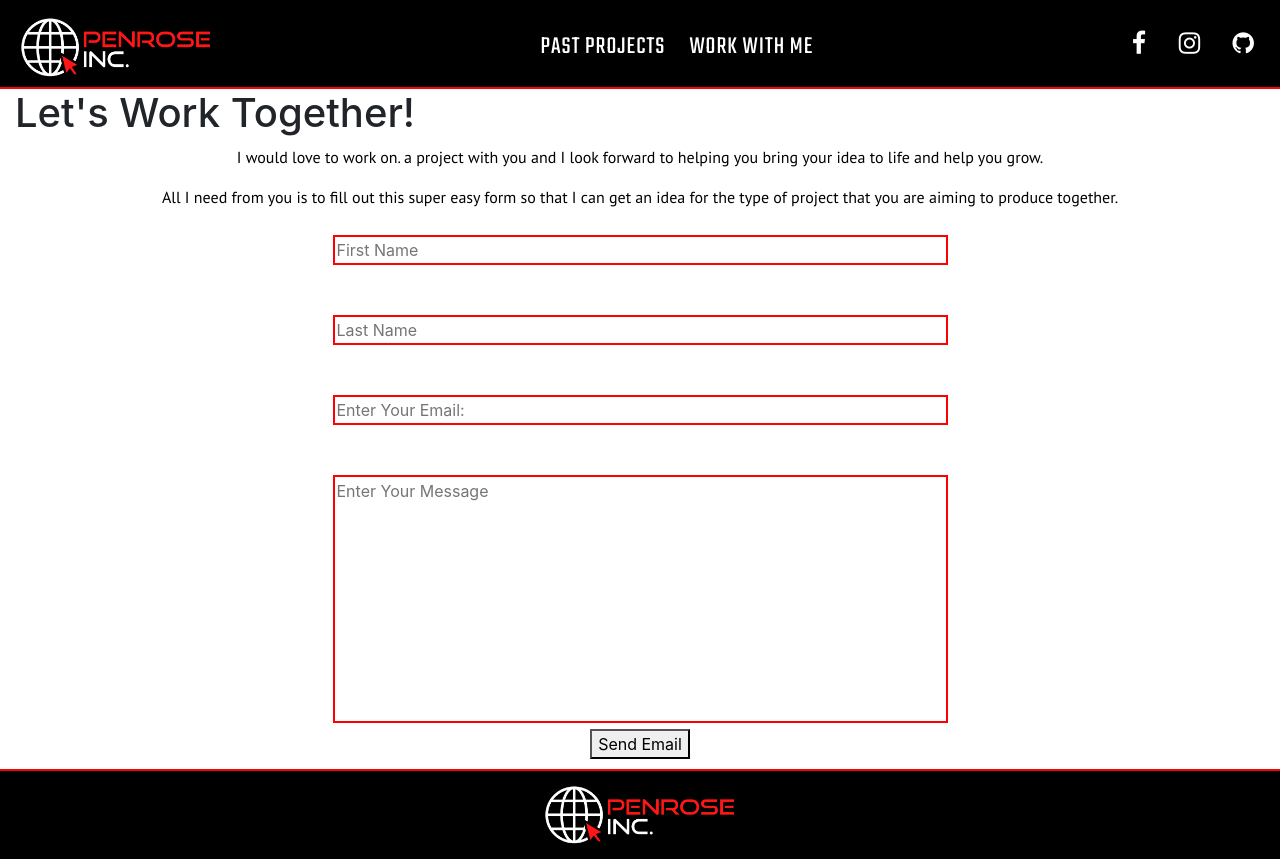
Repository: mrwillpenrose/penrose-inc
Page: work-with-me.html
The author's editor kept a record of every edit. The page is drawn from the files as they stood at one moment, then again after the next edit.
The browser window is 1280 px wide. The pictures show the whole page.
Some web libraries are served in a nearby version.

Above is the page before.

### work-with-me.html
<!DOCTYPE html>
<html lang="en">

<head>
    <meta charset="UTF-8">
    <meta name="viewport" content="width=device-width, initial-scale=1.0">
    <meta http-equiv="X-UA-Compatible" content="ie=edge">
    <title>Penrose Inc</title>
    <link rel="stylesheet" href="https://maxcdn.bootstrapcdn.com/bootstrap/4.0.0/css/bootstrap.min.css" integrity="sha384-Gn5384xqQ1aoWXA+058RXPxPg6fy4IWvTNh0E263XmFcJlSAwiGgFAW/dAiS6JXm" crossorigin="anonymous">
    <link rel="stylesheet" href="https://stackpath.bootstrapcdn.com/font-awesome/4.7.0/css/font-awesome.min.css" type="text/css" />
    <link href="https://fonts.googleapis.com/css2?family=PT+Sans&family=Teko&display=swap" rel="stylesheet">
    <link href="https://fonts.googleapis.com/css2?family=Teko&display=swap" rel="stylesheet">
    <link rel="stylesheet" href="css/style.css" type="text/css" />
</head>

<body>

    <!------------------NAV------------------------>


    <nav class="navbar navbar-expand-md navbar-dark bg-custom">
        <a href="index.html" class="navbar-brand">
            <img class="logo" src="assets/images/penrose-inc-logo.png" alt="Company Logo">
        </a>
        <button class="navbar-toggler" data-toggle="collapse" data-target="#navbarMenu">
            <span class="navbar-toggler-icon"></span>
        </button>
        <div class="collapse navbar-collapse" id="navbarMenu">
            <ul class="navbar-nav mx-auto">
                <li class="list-inline-item">
                    <a href="past-projects.html" class="nav-link menu-item">Past Projects</a>
                </li>
                <li class="list-inline-item">
                    <a href="work-with-me.html" class="nav-link menu-item">Work With Me</a>
                </li>
            </ul>
            <ul class="social">
                <li class="list-inline-item">
                    <a href="https://www.facebook.com/will.penrose.94" class="nav-link" target="_blank">
                        <i class="fa fa-facebook font-awesome-icon" aria-hidden="true"></i>
                        <span class="sr-only">Facebook</span>
                    </a>
                </li>
                <li class="list-inline-item">
                    <a href="#" class="nav-link" target="_blank">
                        <i class="fa fa-instagram font-awesome-icon" aria-hidden="true"></i>
                        <span class="sr-only">Instagram</span>
                    </a>
                </li>
                <li class="list-inline-item">
                    <a href="https://github.com/mrwillpenrose" class="nav-link" target="_blank">
                        <i class="fa fa-github font-awesome-icon" aria-hidden="true"></i>
                        <span class="sr-only">GitHub</span>
                    </a>
                </li>
            </ul>
        </div>
    </nav>


    <!----------------------MAIN CONTENT----------------------->


    <div class="container-fluid">
        <div class="row">
            <div class="col-12">
                <h1 class="page-heading">Let's Work Together!</h1>
                <p class="content-section">
                    I would love to work on. a project with you and I look forward to helping you bring your idea to life and help you grow.
                </p>
                <p class="content-section">
                    All I need from you is to fill out this super easy form so that I can get an idea for the type of project that you are aiming to produce together.
                </p>
                <form methed="post">
                    <input class="name" type="text" name="firstName" placeholder="First Name" required>
                    <input class="name" type="text" name="lastName" placeholder="Last Name" required><br>
                    <input class="email" type="email" name="email" placeholder="Enter Your Email:" required><br>
                    <textarea rows="10" name="message" placeholder="Enter Your Message"></textarea><br>
                    <button type="submit" name="submit">Send Email</button>
                </form>
            </div>
        </div>
    </div>

    <!----------------------FOOTER----------------------->

    <footer class="container-fluid">
        <div class="row">
            <div class="col-12">
                <img src="assets/images/penrose-inc-logo.png" alt="Company Logo"></img>
            </div>
        </div>
    </footer>


    <script src="https://code.jquery.com/jquery-3.2.1.slim.min.js" integrity="sha384-KJ3o2DKtIkvYIK3UENzmM7KCkRr/rE9/Qpg6aAZGJwFDMVNA/GpGFF93hXpG5KkN" crossorigin="anonymous"></script>
    <script src="https://cdnjs.cloudflare.com/ajax/libs/popper.js/1.12.9/umd/popper.min.js" integrity="sha384-ApNbgh9B+Y1QKtv3Rn7W3mgPxhU9K/ScQsAP7hUibX39j7fakFPskvXusvfa0b4Q" crossorigin="anonymous"></script>
    <script src="https://maxcdn.bootstrapcdn.com/bootstrap/4.0.0/js/bootstrap.min.js" integrity="sha384-JZR6Spejh4U02d8jOt6vLEHfe/JQGiRRSQQxSfFWpi1MquVdAyjUar5+76PVCmYl" crossorigin="anonymous"></script>
</body>

</html>

### css/style.css
body {
    padding: 0;
    margin: 0;
}

.content-section {
    font-family: "PT Sans", sans-serif;
    color: #000;
    text-align: center;
}


/* ----------------------------- NAV ------------------------*/

.bg-custom {
    background-color: #000;
}



.navbar {
    padding-bottom: 0px;
    border-bottom: 2px solid #FF0000;
}

.navbar-brand .logo {
    width: 200px;
    height: auto;
}



.navbar .navbar-nav .menu-item {
    font-family: "Teko", sans-serif;
    font-size: 25px;
    letter-spacing: 1px;
    color: #fff;
    text-transform: uppercase;
    text-align: center;
    -webkit-transition: ease-in-out 0.25s;
    -moz-transition: ease-in-out 0.25;
    -o-transition: ease-in-out 0.25s;
}

.navbar .navbar-nav .menu-item:hover {
    font-size: 30px;
    color: #FF0000;
}



.social {
    text-align: center;
    padding: 0;
}


.social .nav-link {
    padding-top: 10px;
    padding-bottom: 0px;
    padding-left: 10px;
    padding-right: 10px;
}

.font-awesome-icon {
    font-size: 25px;
    color: #fff;
    text-align: center;
    -webkit-transition: ease-in-out 0.2s;
    -moz-transition: ease-in-out 0.2s;
    -o-transition: ease-in-out 0.2s;
}

.font-awesome-icon:hover {

    font-size: 40px;
    color: #FF0000;
}


/* ----------------------------- FOOTER ------------------------*/

footer {
    text-align: center;
    padding: 10px 10px 10px 10px;
    margin: 0;
    background-color: #000;
    position: static;
    left: 0;
    bottom: 0;
    border-top: 2px solid #FF0000;
}


footer img {
    width: 200px;
    height: auto;
}



/* ----------------------------- HOME ------------------------*/

.jumbotron {
    font-family: "Teko", sans-serif;
    font-size: 40px;
    padding: 20px 20px 30px 20px;
    margin: 0;
    background-color: #fff;
    color: #000;
    text-align: center;
}


.index-image img {
    width: 100%;
    height: auto;
    border: 2px solid #FF0000;
}


ul .index-list {
    text-align: center;
}

/* ----------------------------- WORK WITH ME ------------------------*/


form {
    display: block;
    text-align: center;
    padding: 10px;
}

.name {
    width: 100%;
    height: auto;
    margin-bottom: 50px;

}

.email {
    width: 100%;
    height: auto;
    resize: none;
}

textarea {
    width: 100%;
    height: auto;
    margin-top: 50px;
    resize: none;
}

input, textarea {
    outline: none;
    border: 2px solid #FF0000;
}


form .button {
    margin-top: 15px;
    background-color: #FF0000;
    font-family: "Teko", sans-serif;
}


/* ----------------------------- MEDIA QUERIES ------------------------*/

@media screen and (min-width: 768px) {
    .name, .email, textarea {
        width: 50%;
        height: auto;
    }
}

After the next edit:
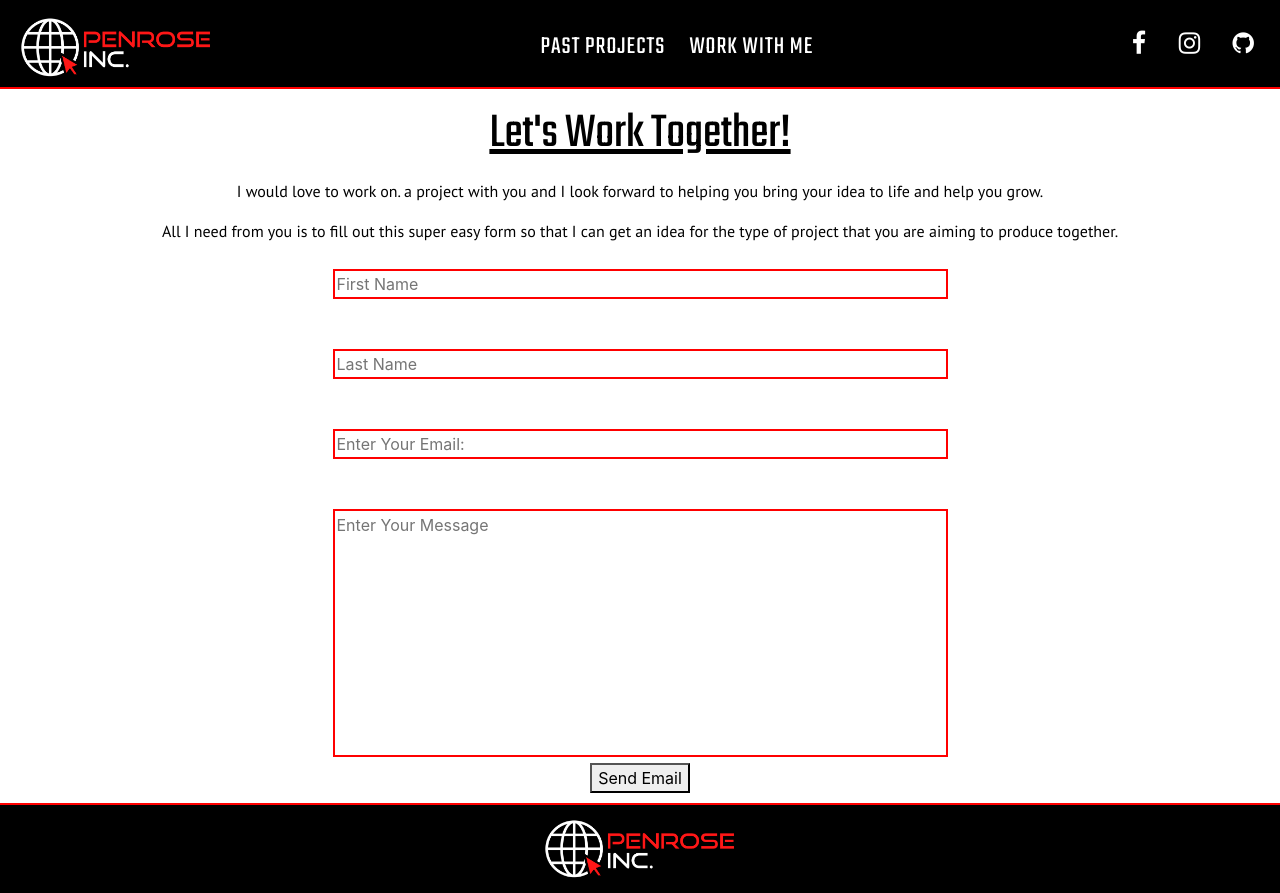
The edit:
--- a/css/style.css
+++ b/css/style.css
@@ -6,6 +6,16 @@
 .content-section {
     font-family: "PT Sans", sans-serif;
     color: #000;
+    text-align: center;
+}
+
+.page-heading {
+    font-family: "Teko", sans-serif;
+    font-size: 50px;
+    color: #000;
+    text-decoration: underline;
+    margin-bottom: 15px;
+    margin-top: 15px;
     text-align: center;
 }
 
